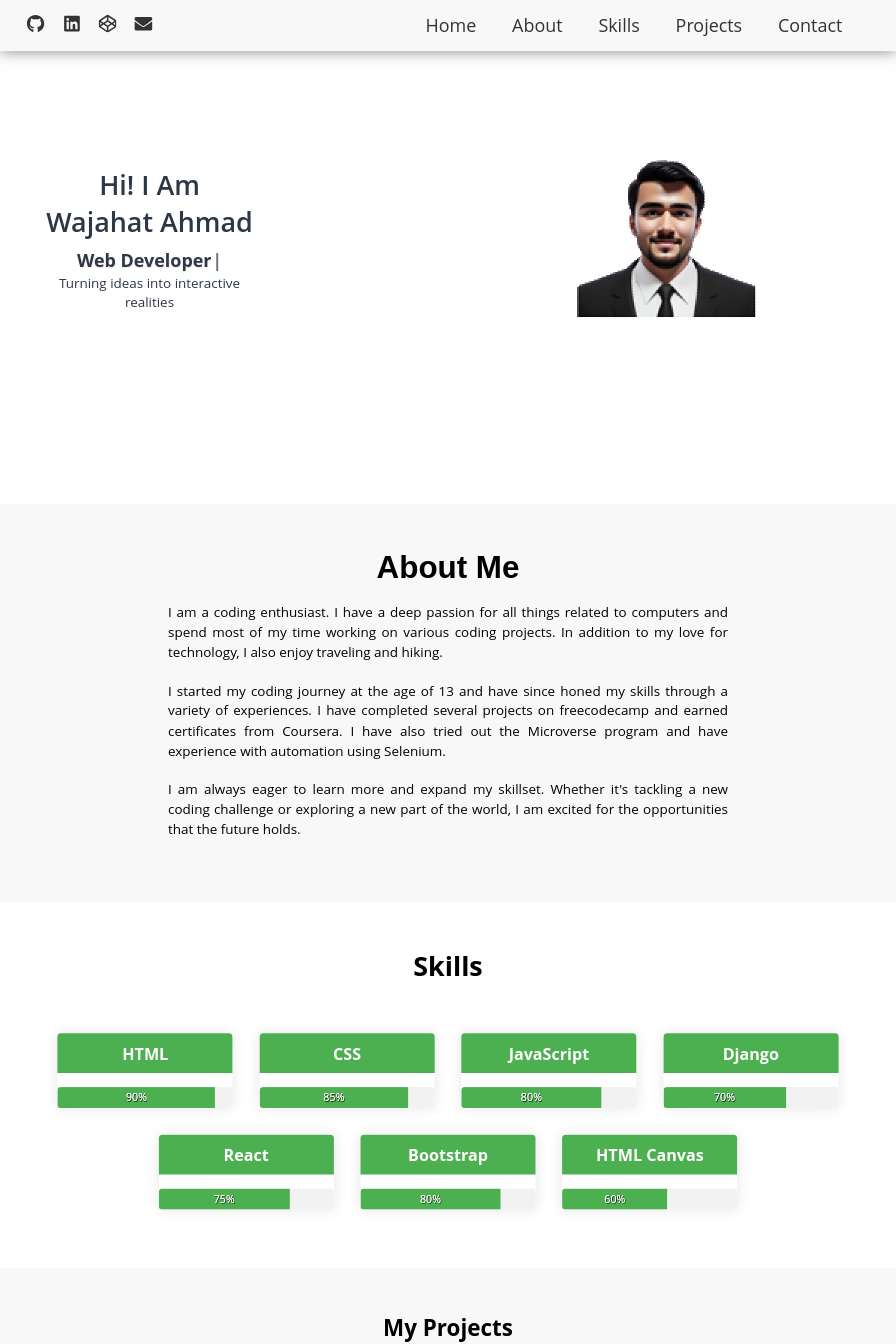
Repository: WajahatKanju/wajahatkanju.github.io
Page: /
These files come from the project's save history. The page is drawn as it stood at one moment and after the next save; the edit follows.
The browser window is 1280 px wide. The pictures show the part of the page from y = 0 to 1920 px (the page is 3132 px tall), at 70% of full size.
The project was rebuilt for these pictures with package versions that can differ from the ones it lists, and the page was loaded fresh each time. Also part of the build but not shown: vite.config.js.

Above is the page before, as saved 2023-05-06 11:00:45.

After the next save:
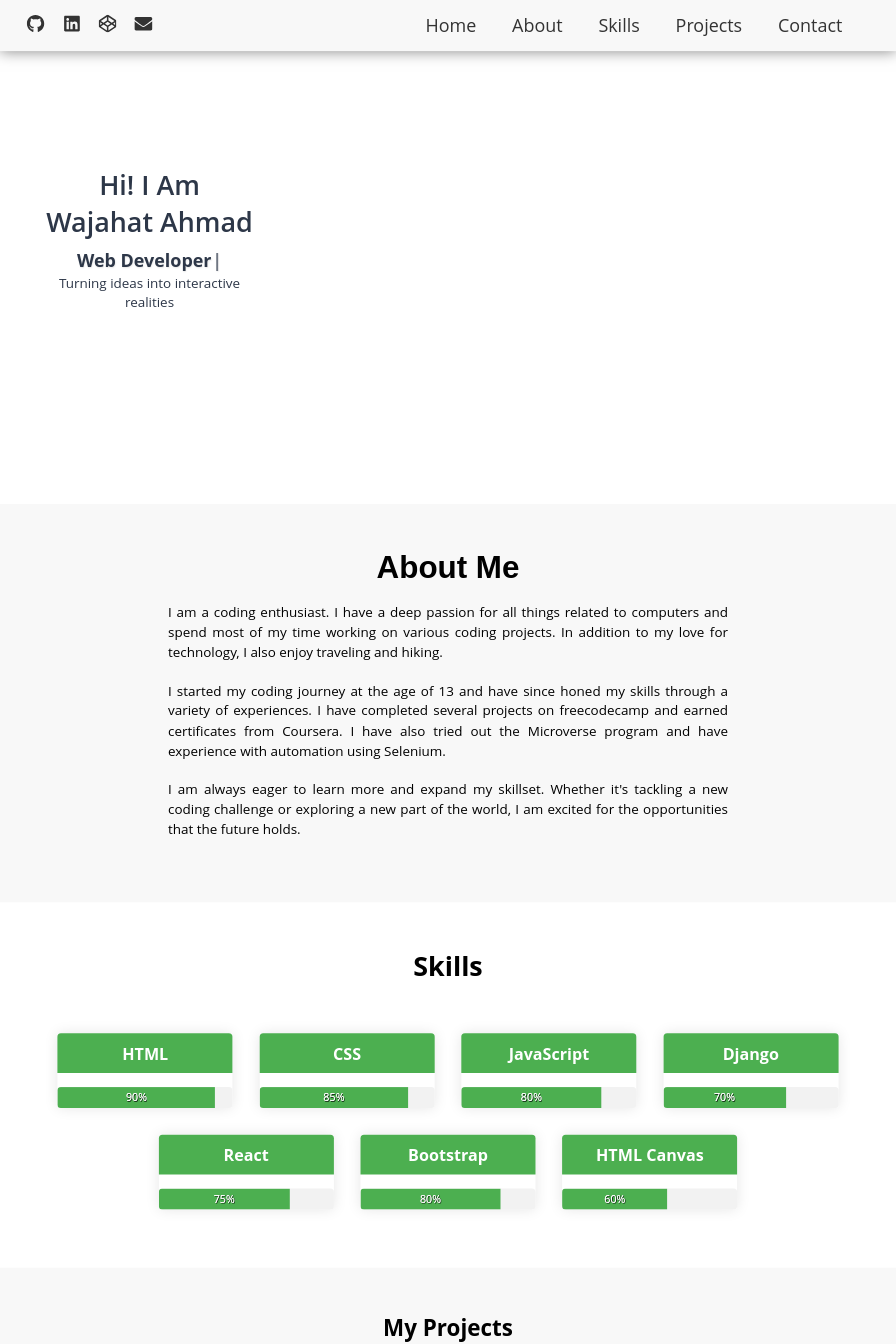
Saved 18 s later.
--- a/src/ImageParticleAnimation.jsx
+++ b/src/ImageParticleAnimation.jsx
@@ -4,7 +4,7 @@
 
 class Particle {
   constructor(x, y, color, canvas, size=1) {
-    this.baseX = x + (window.innerWidth * 0.5) ;
+    this.baseX = x + canvas.width ;
     this.baseY = y;
 
     this.x = this.baseX + Math.random() * 200 - 25 ;

After the save that followed:
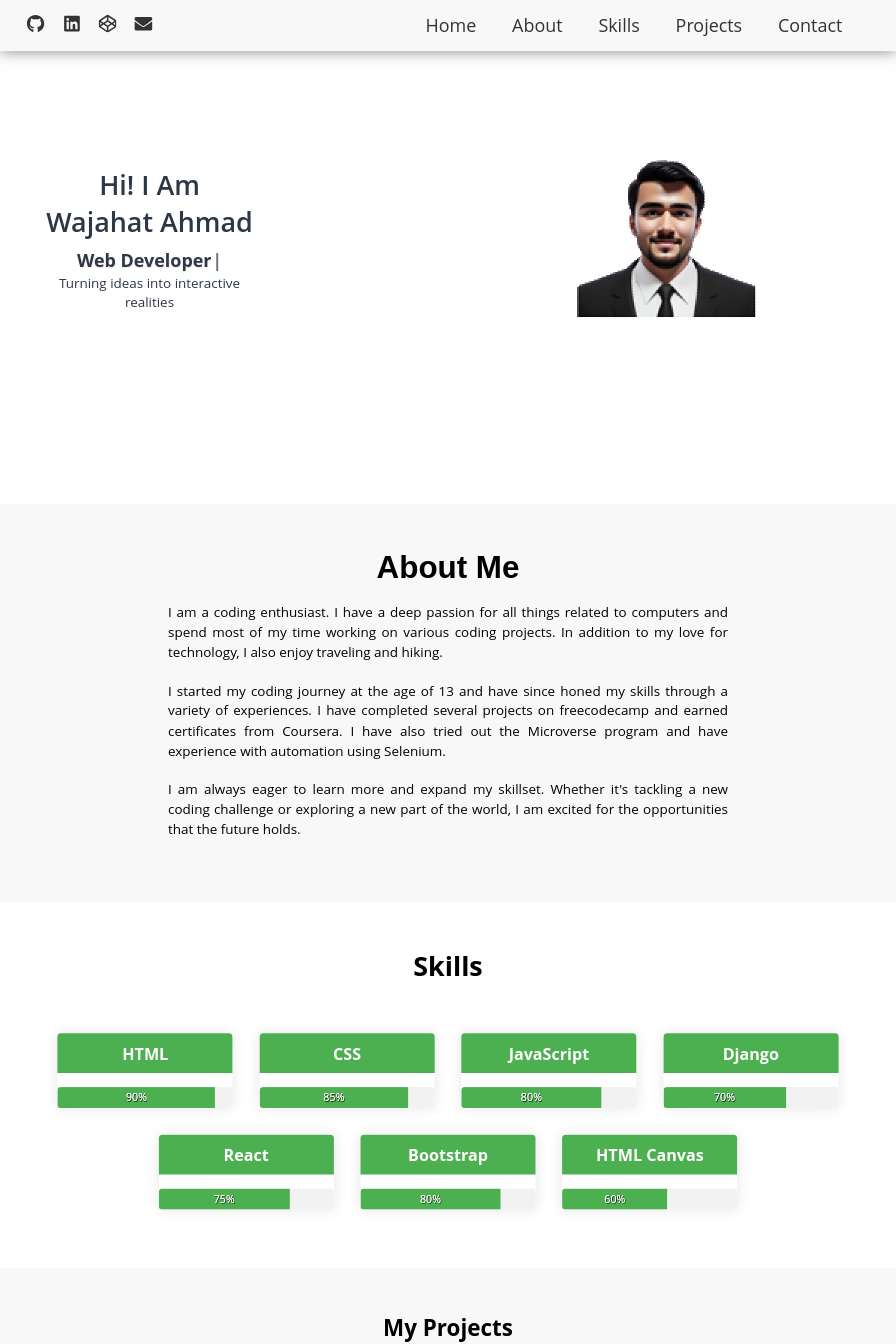
Saved 5 s later.
--- a/src/ImageParticleAnimation.jsx
+++ b/src/ImageParticleAnimation.jsx
@@ -4,7 +4,7 @@
 
 class Particle {
   constructor(x, y, color, canvas, size=1) {
-    this.baseX = x + canvas.width ;
+    this.baseX = x + (window.innerWidth * 0.5) ;
     this.baseY = y;
 
     this.x = this.baseX + Math.random() * 200 - 25 ;
